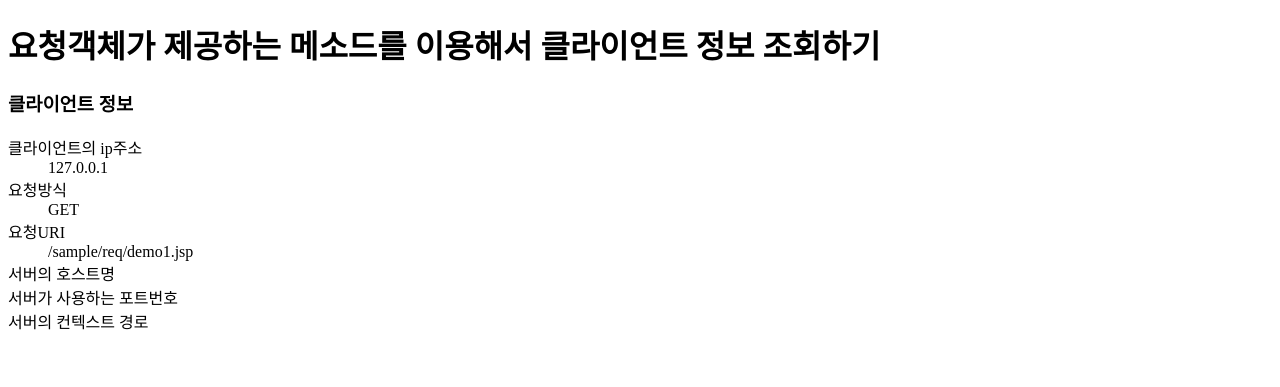
Repository: onuo77/ja_HTA
Page: http://localhost/sample/req/demo1.jsp
An editor plug-in stored every save of this project. The page is shown before and after the next save, followed by the edit.
The browser window is 1280 px wide. The pictures show the whole page.
The page is served by Tomcat 9.

Above is the page before, as saved 2021-05-20 01:43:41.

After the next save:
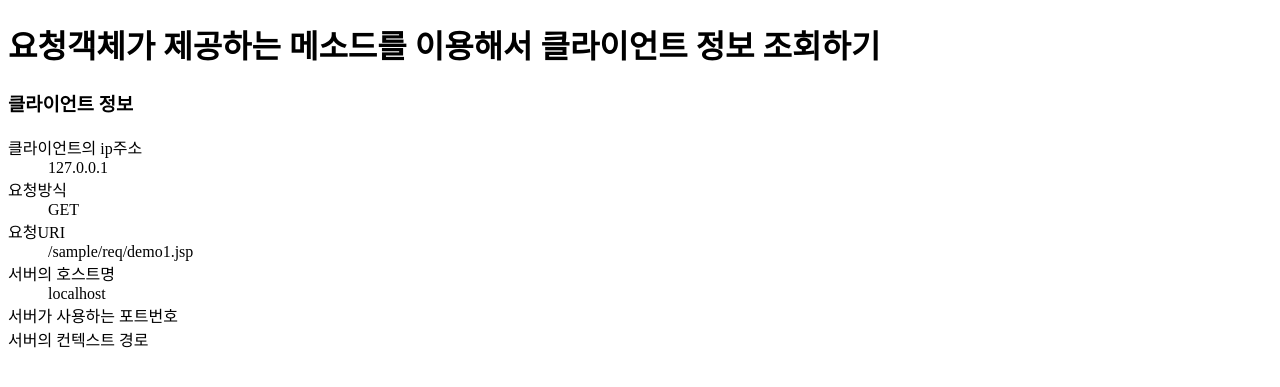
Saved 7 s later.
--- a/java-web/sample/src/main/webapp/req/demo1.jsp
+++ b/java-web/sample/src/main/webapp/req/demo1.jsp
@@ -32,7 +32,7 @@
 		<dt>클라이언트의 ip주소</dt><dd><%=ipAddress %></dd>
 		<dt>요청방식</dt><dd><%=method %></dd>
 		<dt>요청URI</dt><dd><%=uri %></dd>
-		<dt>서버의 호스트명</dt><dd></dd>
+		<dt>서버의 호스트명</dt><dd><%=serverName %></dd>
 		<dt>서버가 사용하는 포트번호</dt><dd></dd>
 		<dt>서버의 컨텍스트 경로</dt><dd></dd>
 	</dl>
